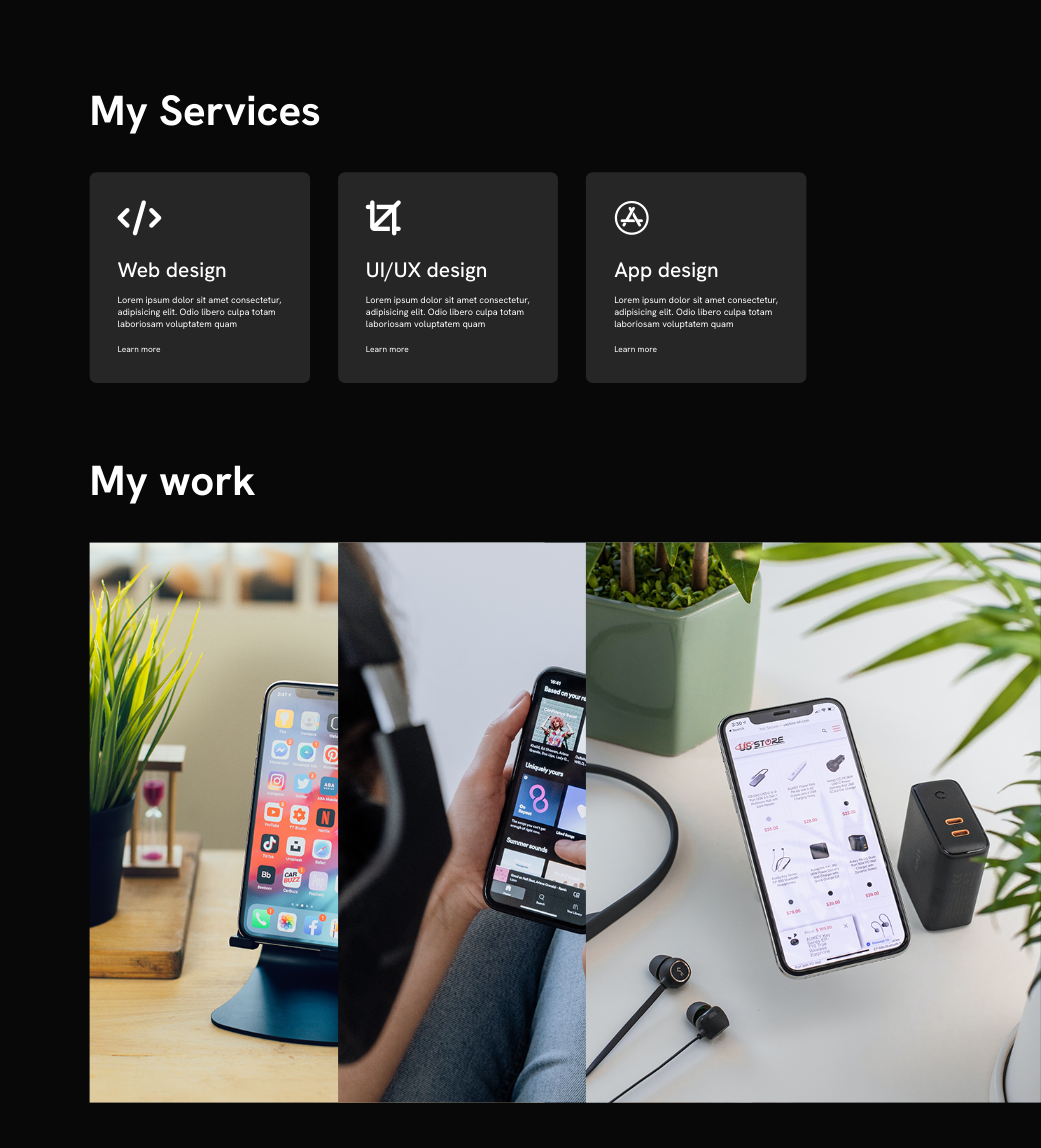
Repository: devsajid/Portfolio-website-with-HTML-CSS-JS
Page: index.html
These files come from the project's save history. The page is drawn as it stood at one moment and after a run of saves; the edit follows.
The browser window is 1280 px wide. The page is 1487 px wide, then 1280 px, so the pictures cover 1487 px, including what lies to the right of the window. The pictures show the part of the page from y = 1293 to 2933 px (the page is 2933 px tall), at 70% of full size.

Above is the page before, as saved 2022-12-26 09:05:04.

### index.html
<!DOCTYPE html>
<html lang="en">
  <head>
    <meta charset="UTF-8" />
    <meta http-equiv="X-UA-Compatible" content="IE=edge" />
    <meta name="viewport" content="width=device-width, initial-scale=1.0" />
    <link rel="stylesheet" href="style.css" />
    <title>My Portfolio Website</title>
    <!-- font -->
    <link rel="preconnect" href="https://fonts.googleapis.com" />
    <link rel="preconnect" href="https://fonts.gstatic.com" crossorigin />
    <link
      href="https://fonts.googleapis.com/css2?family=Hanken+Grotesk:wght@400;500;700&display=swap"
      rel="stylesheet"
    />
    <!-- font-awesome -->
    <link
      rel="stylesheet"
      href="https://cdnjs.cloudflare.com/ajax/libs/font-awesome/6.2.1/css/all.min.css"
      integrity="sha512-MV7K8+y+gLIBoVD59lQIYicR65iaqukzvf/nwasF0nqhPay5w/9lJmVM2hMDcnK1OnMGCdVK+iQrJ7lzPJQd1w=="
      crossorigin="anonymous"
      referrerpolicy="no-referrer"
    />
  </head>
  <body>
    <div id="header">
      <div class="container">
        <nav>
          <img src="images/logo.png" class="logo" alt="logo" />
          <ul>
            <li><a href="#" class="nav-link nav-link-ltr"> Home</a></li>
            <li><a href="#" class="nav-link nav-link-ltr"> About</a></li>
            <li><a href="#" class="nav-link nav-link-ltr"> Services</a></li>
            <li><a href="#" class="nav-link nav-link-ltr"> Portfolio</a></li>
            <li><a href="#" class="nav-link nav-link-ltr"> Contact</a></li>
          </ul>
        </nav>
        <div class="header-text">
          <p>Web Developer and Designer</p>
          <h1>
            Hi, I'm <span> Sajidur Rahman</span> <br />
            from Bangladesh
          </h1>
        </div>
      </div>
    </div>
    <!-- About section -->
    <div id="about">
      <div class="container">
        <div class="row">
          <div class="about-col-1">
            <img src="images/user.png" alt="user" />
          </div>
          <div class="about-col-2">
            <h2 class="sub-title">About Me</h2>
            <p>
              Lorem ipsum dolor sit amet consectetur adipisicing elit.
              Cupiditate ipsum pariatur saepe quas esse placeat. Totam sed modi
              pariatur inventore autem eligendi saepe corporis temporibus natus
              deserunt doloribus nisi, amet aspernatur hic omnis. Consectetur
              perferendis impedit labore a incidunt nam fugiat quaerat. Nulla,
              error harum? Beatae quidem animi non cupiditate.
            </p>
            <div class="tab-titles">
              <p
                class="tab-links tab-links-ltr active-link"
                onclick="opentab('skills')"
              >
                Skills
              </p>
              <p
                class="tab-links tab-links-ltr"
                onclick="opentab('experience')"
              >
                Experience
              </p>
              <p class="tab-links tab-links-ltr" onclick="opentab('education')">
                Education
              </p>
            </div>
            <div class="tab-contents active-tab" id="skills">
              <ul>
                <li><span>UI/UX</span><br />Designing web/App interfaces</li>
                <li><span>Web Development</span><br />web app development</li>
                <li>
                  <span>App Development</span><br />Building Android/iOS apps
                </li>
              </ul>
            </div>
            <div class="tab-contents" id="experience">
              <ul>
                <li>
                  <span>2021 - Current</span><br />UI/UX Design Training at ET
                  Institute
                </li>
                <li><span>2019-2021</span><br />Team lead at Start App LLC.</li>
                <li>
                  <span>2016-2017</span><br />Intership at ekart eCommerce
                </li>
              </ul>
            </div>
            <div class="tab-contents" id="education">
              <ul>
                <li><span>2016</span><br />Designing web/App interfaces</li>
                <li><span>2014</span><br />MBA from MIT Banglore</li>
                <li><span>2012</span><br />BBA from ISM Banglore</li>
              </ul>
            </div>
          </div>
        </div>
      </div>
    </div>
    <!-- Services section -->
    <div id="services">
      <div class="container">
        <h2 class="sub-title">My Services</h2>
        <div class="services-list">
          <div>
            <i class="fa-solid fa-code"></i>
            <h2>Web design</h2>
            <p>
              Lorem ipsum dolor sit amet consectetur, adipisicing elit. Odio
              libero culpa totam laboriosam voluptatem quam
            </p>
            <a href="#">Learn more</a>
          </div>
          <div>
            <i class="fa-solid fa-crop"></i>
            <h2>UI/UX design</h2>
            <p>
              Lorem ipsum dolor sit amet consectetur, adipisicing elit. Odio
              libero culpa totam laboriosam voluptatem quam
            </p>
            <a href="#">Learn more</a>
          </div>
          <div>
            <i class="fa-brands fa-app-store"></i>
            <h2>App design</h2>
            <p>
              Lorem ipsum dolor sit amet consectetur, adipisicing elit. Odio
              libero culpa totam laboriosam voluptatem quam
            </p>
            <a href="#">Learn more</a>
          </div>
        </div>
      </div>
    </div>
    <!-- Portfolio section -->
    <div id="portfolio">
      <div class="container">
        <h1 class="sub-title">My work</h1>
        <div class="work-list">
          <div class="work">
            <img src="images/work-1.png" alt="mywork" />
          </div>
          <div class="work">
            <img src="images/work-2.png" alt="mywork" />
          </div>
          <div class="work">
            <img src="images/work-3.png" alt="mywork" />
          </div>
        </div>
      </div>
    </div>
    <!-- javascript -->
    <script>
      var tablinks = document.getElementsByClassName("tab-links");
      var tabcontents = document.getElementsByClassName("tab-contents");

      function opentab(tabname) {
        for (tablink of tablinks) {
          tablink.classList.remove("active-link");
        }
        for (tabcontent of tabcontents) {
          tabcontent.classList.remove("active-tab");
        }
        event.currentTarget.classList.add("active-link");
        document.getElementById(tabname).classList.add("active-tab");
      }
    </script>
  </body>
</html>

### style.css
* {
  margin: 0;
  padding: 0;
  font-family: "Hanken Grotesk", sans-serif;
  box-sizing: border-box;
}
body {
  background: #080808;
  color: #fff;
}
#header {
  width: 100%;
  height: 100vh;
  background-image: url(images/background.png);
  background-size: cover;
  background-position: center;
}
.container {
  padding: 10px 10%;
}
nav {
  display: flex;
  align-items: center;
  justify-content: space-between;
  flex-wrap: wrap;
}
.logo {
  width: 140px;
}
nav ul li {
  display: inline-block;
  list-style: none;
  margin: 10px 20px;
}
.nav-link {
  font-weight: bold;
  font-size: 14px;
  text-transform: uppercase;
  text-decoration: none;
  color: #fff;
  padding: 20px 0px;

  display: inline-block;
  position: relative;
  opacity: 0.75;
}

.nav-link:hover {
  opacity: 1;
}

.nav-link::before {
  transition: 300ms;
  height: 3px;
  content: "";
  position: absolute;
  background-color: #ff004f;
}

.nav-link-ltr::before {
  width: 0%;
  bottom: 10px;
}

.nav-link-ltr:hover::before {
  width: 100%;
}
.header-text {
  margin-top: 20%;
  font-size: 30px;
}
.header-text h1 {
  font-size: 60px;
  margin-top: 20px;
}
.header-text h1 span {
  color: #ff004f;
}
/* About section */
#about {
  padding: 80px 0px;
  color: #ababab;
}
.row {
  display: flex;
  justify-content: space-between;
  flex-wrap: wrap;
}
.about-col-1 {
  flex-basis: 35%;
}
.about-col-1 img {
  width: 100%;
  border-radius: 15px;
}
.about-col-2 {
  flex-basis: 60%;
}
.sub-title {
  font-size: 60px;
  font-weight: 600;
  color: #fff;
}
.tab-titles {
  display: flex;
  margin: 20px 0 40px;
}
.tab-links {
  margin-right: 50px;
  font-size: 18px;
  font-weight: 500;
  cursor: pointer;
  padding: 20px 0px;
  position: relative;
}
.tab-links:hover {
  opacity: 1;
}

.tab-links::before {
  height: 3px;
  content: "";
  position: absolute;
  background-color: #ff004f;
  transition: 3000ms;
}

.tab-links-ltr.active-link::before {
  width: 50%;
  bottom: 10px;
}

.tab-contents ul li {
  list-style: none;
  margin: 10px 0;
}
.tab-contents ul li span {
  color: #b54769;
  font-size: 14px;
}
.tab-contents {
  display: none;
}
.tab-contents.active-tab {
  display: block;
}
/* services */
#services {
  padding: 30px 0;
}
.services-list {
  display: grid;
  grid-template-columns: repeat(auto-fit, minmax(250px, 1fr));
  grid-gap: 40px;
  margin-top: 50px;
}
.services-list div {
  background: #262626;
  padding: 40px;
  font-size: 13px;
  font-weight: 300;
  border-radius: 10px;
  transition: background 0.5s, transform 0.5s;
}
.services-list div i {
  font-size: 50px;
  margin-bottom: 30px;
}
.services-list div h2 {
  font-size: 30px;
  font-weight: 500;
  margin-bottom: 15px;
}
.services-list div a {
  text-decoration: none;
  color: #fff;
  font-size: 12px;
  margin-top: 20px;
  display: inline-block;
}
.services-list div:hover {
  background: #ff004f;
  transform: translateY(-10px);
}
/* Portfolio */
#portfolio {
  padding: 50px 0;
}
.work-list {
  display: grid;
  grid-template-columns: repeat(auto-fit, minmax(250px, 1fr));
  grid-gap: 40px;
  margin-top: 50px;
}
.work {
  border-radius: ;
  position: ;
  overflow: ;
}

After the next 3 saves:
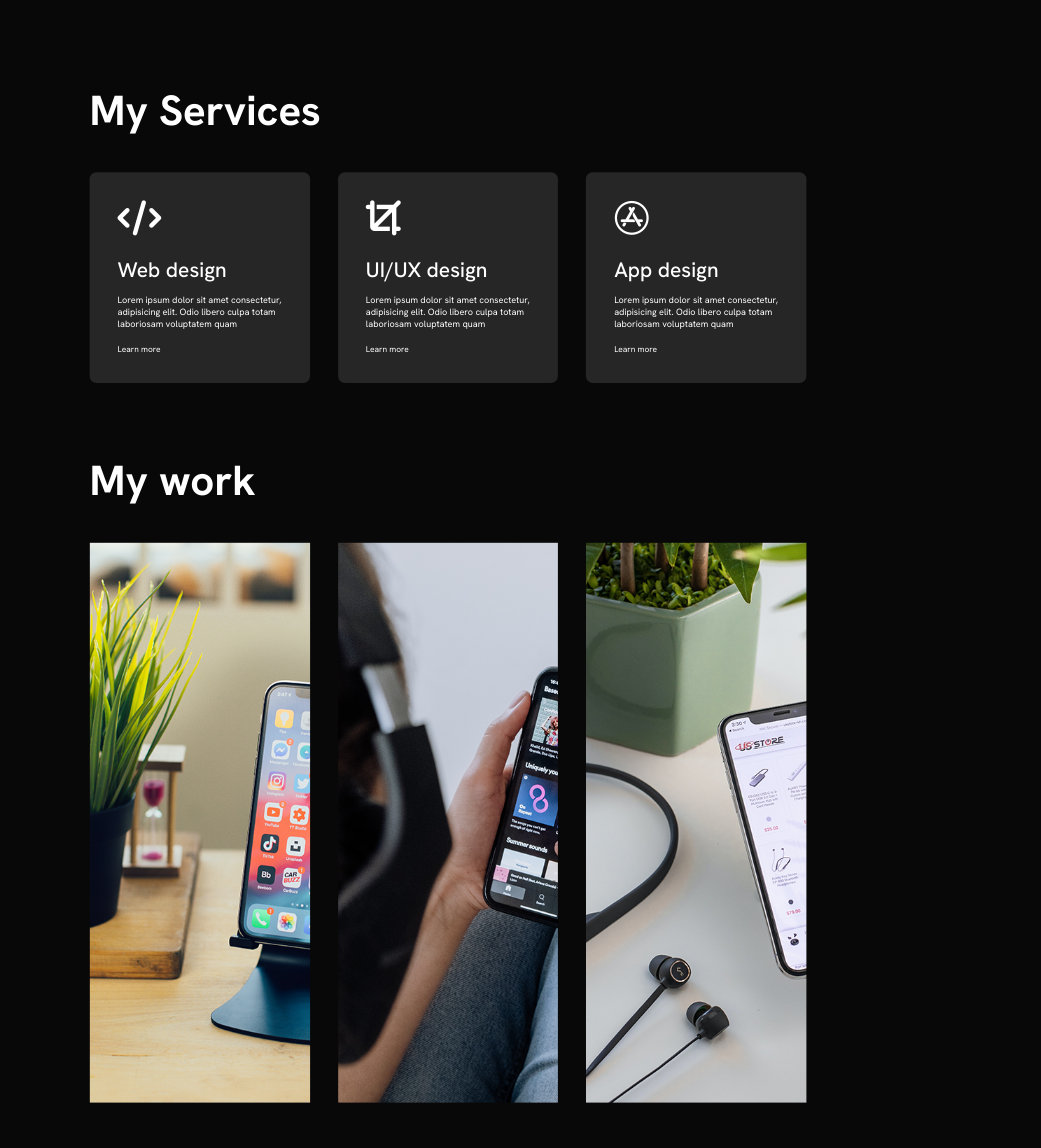
The 3 saves are shown as one change because they came seconds apart.
The last was saved 28 s later.
--- a/style.css
+++ b/style.css
@@ -195,5 +195,5 @@
 .work {
   border-radius: ;
   position: ;
-  overflow: ;
+  overflow: hidden;
 }
